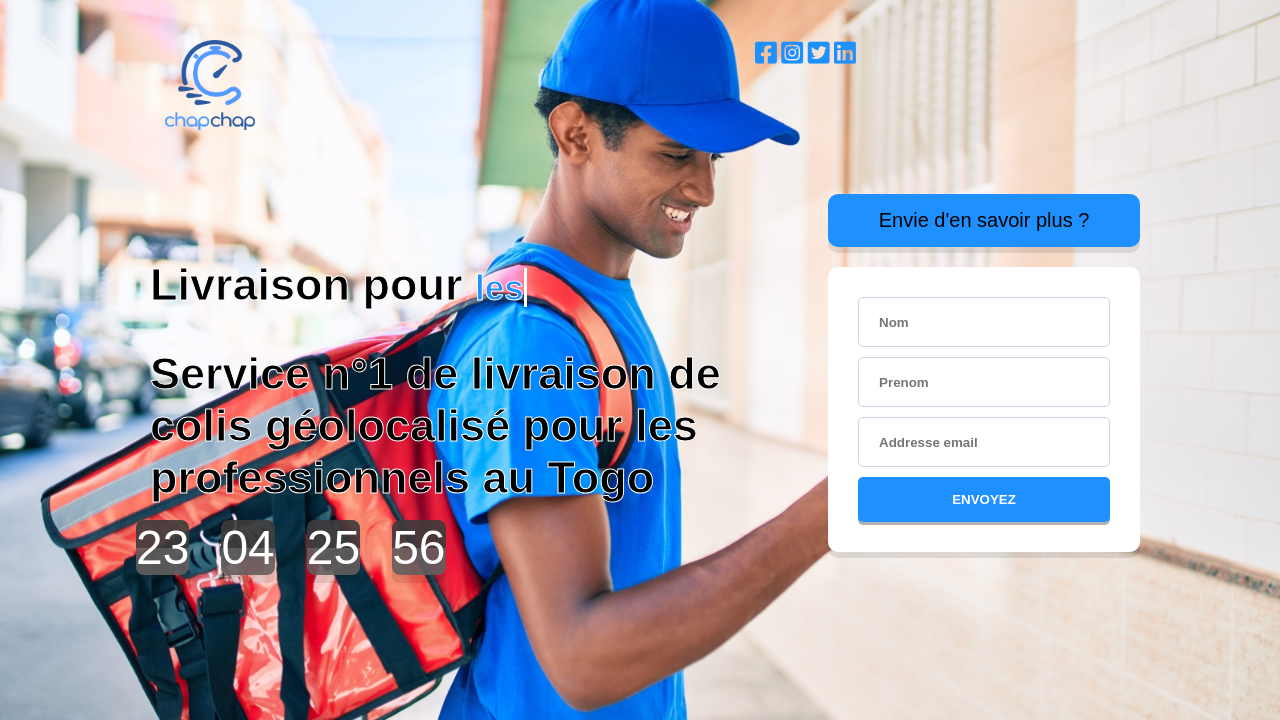
Repository: lawalalao/landpage
Page: index.html
An editor plug-in stored every save of this project. The page is shown before and after the next save, followed by the edit.
The browser window is 1280 px wide. The pictures show the whole page.
Some web fonts or font styles are not loaded; a fallback is used.

Above is the page before, as saved 2021-01-15 15:32:24.
Console error: TypeError: Cannot read properties of null (reading 'addEventListener')

After the next save:
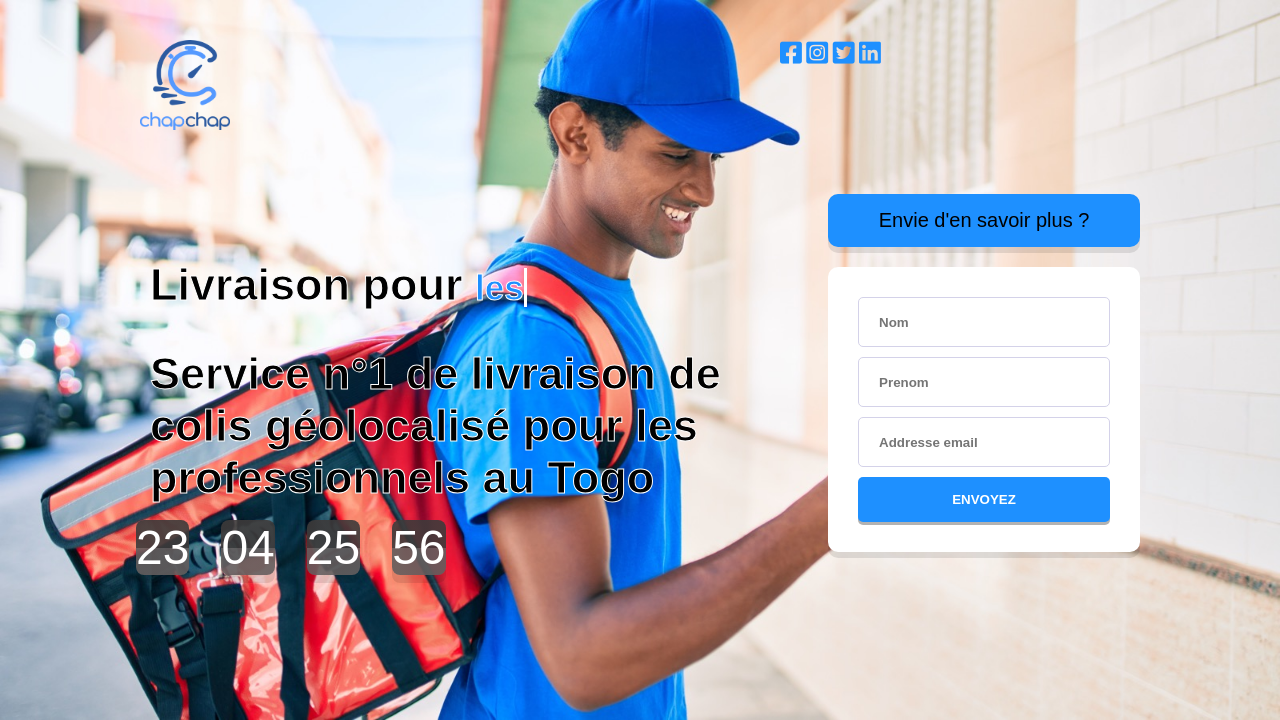
Saved 19 s later.
--- a/style.css
+++ b/style.css
@@ -251,7 +251,7 @@ input:hover {
 
     }
     .navbar-brand img{
-        margin-left:25px;
+        margin-right:50px;
     }
     .social{
         margin-left:500px;
